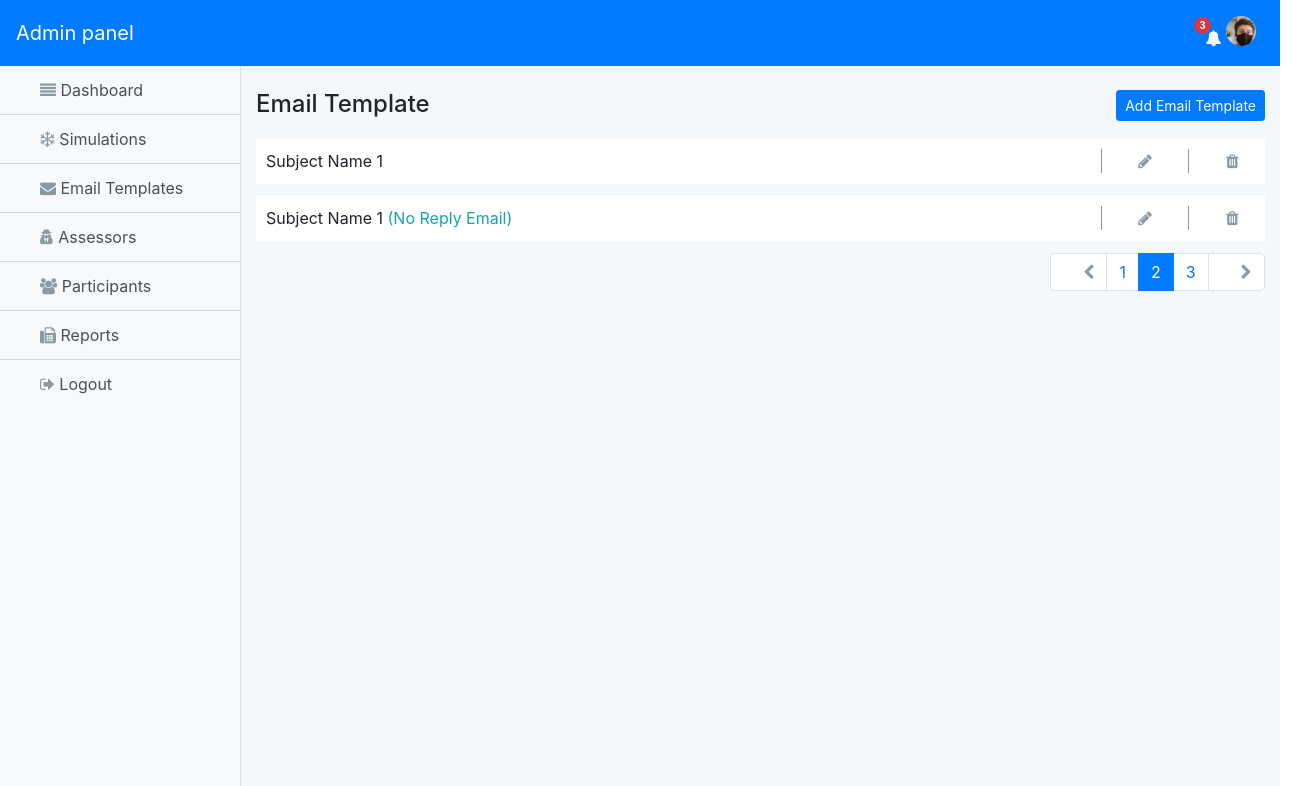
Repository: ejazsidhu/email-simulation-fe
Page: emailTemplate.html
The author's editor kept a copy of each file at every save. The page is drawn from the files as they stood at one save, then again after the next save.
The browser window is 1280 px wide. The page is 1295 px wide, so the pictures cover 1295 px, including what lies to the right of the window. The pictures show the whole page.

Above is the page before, as saved 2020-08-25 19:15:40.
Console error: ReferenceError: $ is not defined

After the next save:
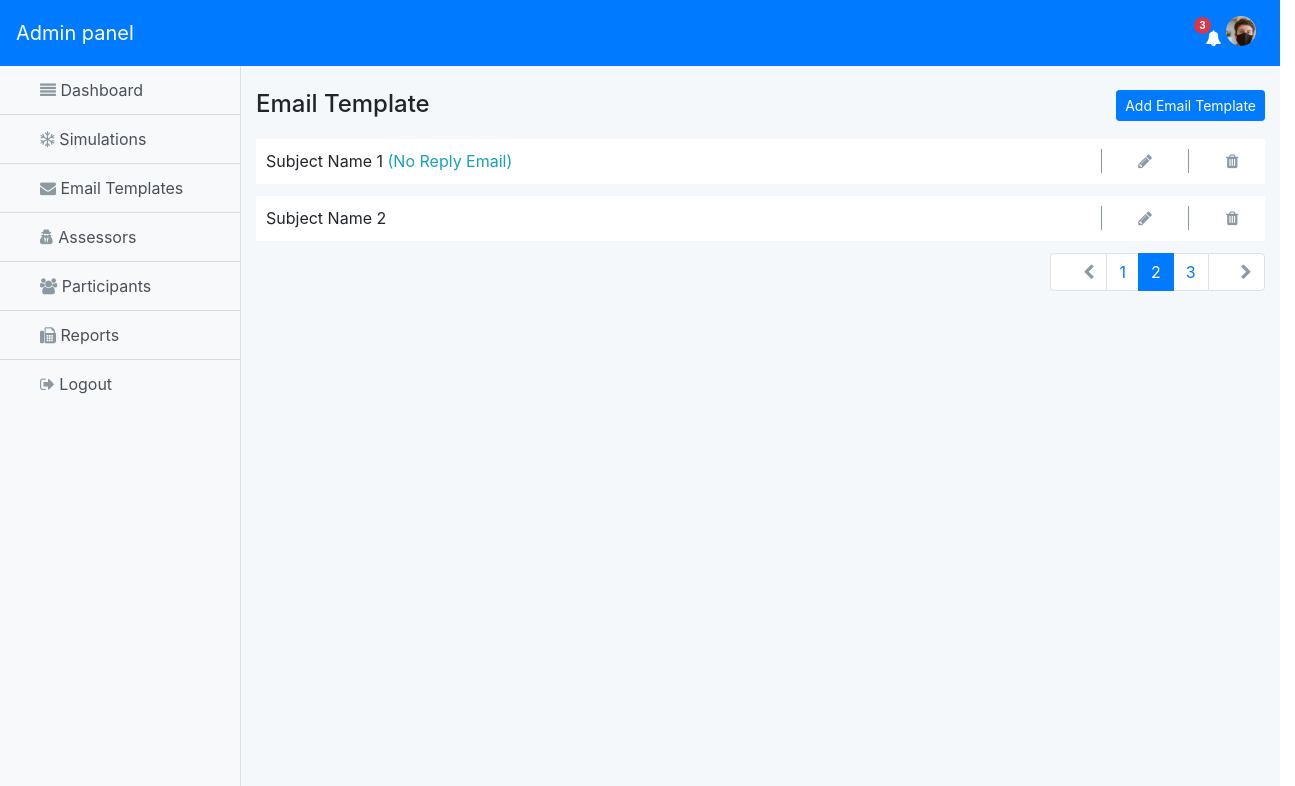
Saved 24 s later.
--- a/emailTemplate.html
+++ b/emailTemplate.html
@@ -194,7 +194,7 @@
               <tbody>
                 <tr>
                   <td scope="row" class="w-50">
-                    Subject Name 1
+                    Subject Name 1 <span class="text-info">(No Reply Email)</span>
                   </td>
 
 
@@ -214,7 +214,7 @@
                 </tr>
                 <tr>
                   <td scope="row" class="w-50">
-                    Subject Name 1 <span class="text-info">(No Reply Email)</span>
+                    Subject Name 2
                   </td>
 
 
